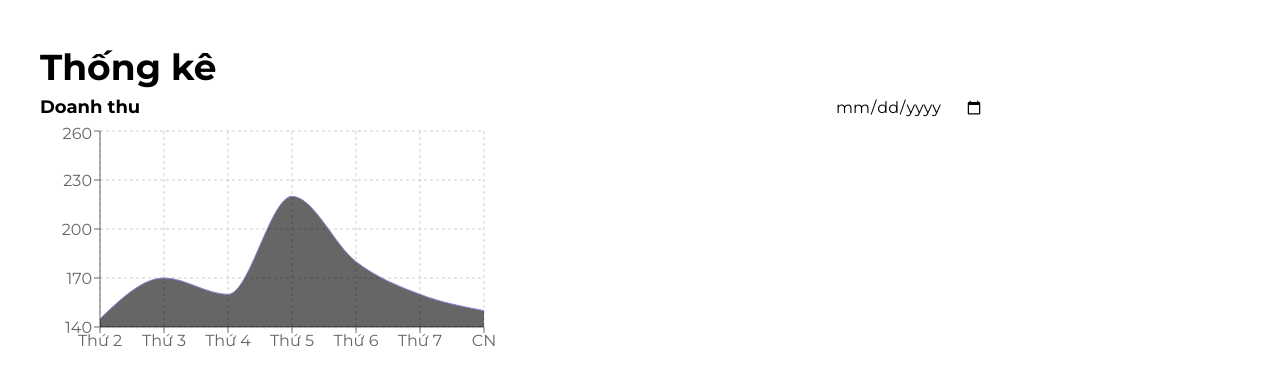
Repository: iphoneboy46/AltaMediaCMS
Page: /
The author's editor kept a copy of each file at every save. The page is drawn from the files as they stood at one save, then again after the next save.
The browser window is 1280 px wide. The pictures show the whole page.
Some web libraries are served in a nearby version. The project was rebuilt for these pictures with package versions that can differ from the ones it lists, and the page was loaded fresh each time.

Above is the page before, as saved 2023-03-26 22:25:58.

After the next save:
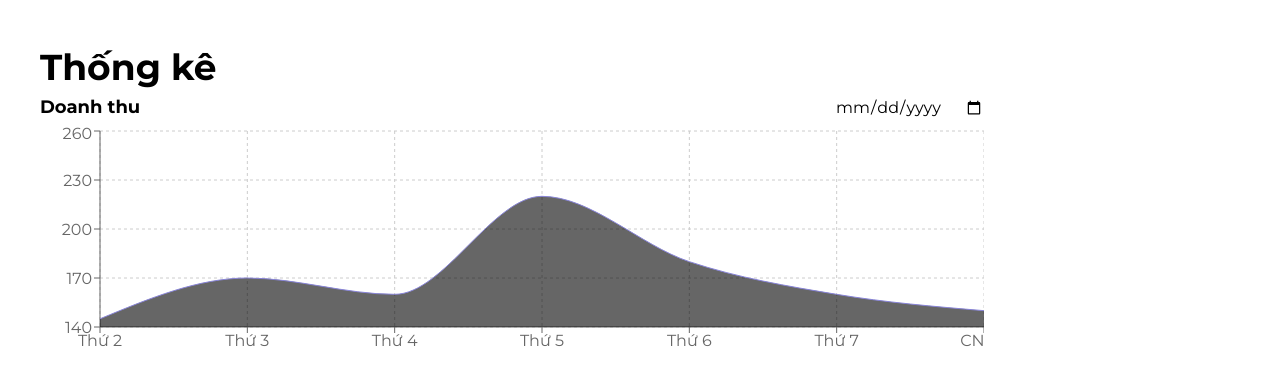
Saved 5 s later.
--- a/src/components/Charts/Charts.tsx
+++ b/src/components/Charts/Charts.tsx
@@ -58,7 +58,7 @@ function Charts() {
           data={data}
           margin={{
             top: 10,
-            right: 500,
+            right: 0,
             left: 0,
             bottom: 0,
           }}
